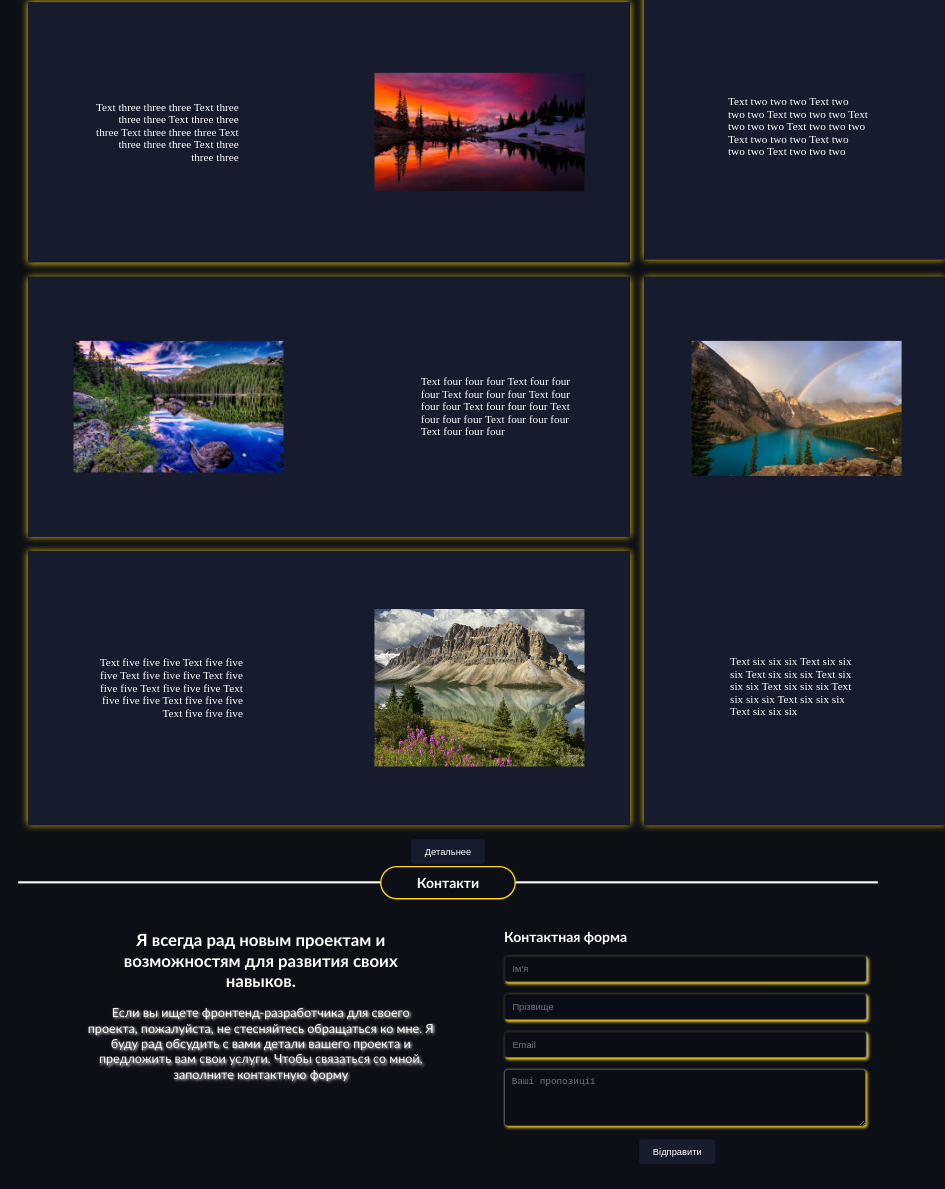
Repository: qtqqrdy13/cv-2
Page: index.html
An editor plug-in stored every save of this project. The page is shown before and after the next save, followed by the edit.
The browser window is 1280 px wide. The page is 1350 px wide, so the pictures cover 1350 px, including what lies to the right of the window. The pictures show the part of the page from y = 3370 to 5210 px (the page is 5068 px tall before and 5210 px after), at 70% of full size.

Above is the page before, as saved 2023-10-12 16:20:35.

### index.html
<!DOCTYPE html>
<html lang="en">

<head>
    <link rel="stylesheet" href="main.css">
    <meta charset="UTF-8">
    <meta name="viewport" content="width=device-width, initial-scale=1.0">
    <title>Батуров Олексій</title>
</head>

<body>
    <!--Navigation-->
    <header>
        <div class="logo">
            <img src="../cv 2/image/media/logo.png" alt="logo">
        </div>
        <nav>
            <ul>
                <li><a href="">Головна</a></li>
                <li><a href="#about">Про мене</a></li>
                <li><a href="#skills">Мої скіли</a></li>
                <li><a href="#portfolio">Портфоліо</a></li>
                <li><a href="">Контакти</a></li>
            </ul>
        </nav>
    </header>
    <!--Navigation-->

    <!--Two images-->
    <div class="container-top">
        <div class="img-container">
            <img class="img-1" src="../cv 2/image/code.gif" alt="">
            <img class="img-2" src="../cv 2/image/photo_2023-09-09_18-51-06.jpg" alt="">
        </div>
        <!--Two images-->

        <!--About Oleksiy-->
        <div class="container-text">
            <div id="about"></div>
            <div class="text-block">
                <h1>Олексій Батуров</h1>
            </div>
        </div>
    </div>
    <div class="description">
        <p>Я професіонал, чия пристрасть до веб-розробки
            помітна в кожному рядку коду, який я створюю.
            За час моєї практики я набув глибоких знань у
            різних галузях веб-технологій, включаючи HTML,
            CSS, JavaScript, а також популярні фреймворки
            та бібліотеки. Мої навички дозволяють мені
            створювати унікальні та сучасні веб-сайти,
            які поєднують у собі функціональність, стиль
            та оптимальну продуктивність. </p>
    </div>
    <!--About Oleksiy-->

    <!--Edge-->
    <div id="about_us">
        <div class="announcement">
            <h2 class="title">
                Скіли
            </h2>
        </div>
    </div>
    <!--Edge-->

    <!--Skills-->
    <div id="skills"></div>
    <div class="container">
        <div class="row">
            <div class="block">
                <h2>Скіли Дизайнера</h2>
                <div class="content">
                    <ul>
                        <li>Figma</li>
                        <li>Photoshop</li>
                        <li>Illustrator</li>
                        <li>Scratch</li>
                        <li>AdobeXD</li>
                        <li>Corel Draw</li>
                    </ul>
                </div>
            </div>
            <div class="block">
                <h2>Скіли Front-End розробника</h2>
                <div class="content">
                    <ul>
                        <li>HTML</li>
                        <li>CSS</li>
                        <li>JavaScript</li>
                        <li>ReactJS</li>
                        <li>ReactNative</li>
                        <li>AngularJS</li>
                        <li>NodeJS</li>
                        <li>VueJS</li>
                        <li>JQuerry</li>
                        <li>TypeScript</li>
                        <li>PHPMyAdmin</li>
                    </ul>
                </div>
            </div>
            <div class="block">
                <h2>Володіння CMS - платформами</h2>
                <div class="content">
                    <ul>
                        <li>WordPress</li>
                        <li>OpenCard</li>
                        <li>Joomla</li>
                        <li>Drupal</li>
                        <li>TYPEO3</li>
                    </ul>
                </div>
            </div>
        </div>
    </div>
    <!--Skills-->

    <!--Edge-->
    <div id="about_us">
        <div class="announcement">
            <h2 class="title">
                Портфоліо
            </h2>
        </div>
    </div>
    <!--Edge-->

    <!--Portfolio-->
    <div class="angry-grid">
        <div id="portfolio"></div>
        <div id="item-0">
            <img src="../cv 2/image/media/1.jpg" alt="Image 0" />
            <p>Text one one one Text one one one Text one one one Text one one one
                Text one one one Text one one one Text one one one Text one one one
            </p>
        </div>
        <div id="item-1">
            <img src="../cv 2/image/media/2.jpg" alt="Image 1" />
            <p>Text two two two Text two two two Text two two two Text two two two
                Text two two two Text two two two Text two two two Text two two two
            </p>
        </div>
        <div id="item-2">
            <div class="content-container">
                <p>Text three three three Text three three three Text three three three
                    Text three three three Text three three three Text three three three
                </p>
                <img src="../cv 2/image/media/3.jpg" alt="Image 2" />
            </div>
        </div>
        <div id="item-3">
            <img src="../cv 2/image/media/4.jpg" alt="Image 3" />
            <p>Text four four four Text four four four Text four four four Text four four four
                Text four four four Text four four four Text four four four Text four four four
            </p>
        </div>
        <div id="item-4">
            <div class="content-container">
                <p>Text five five five Text five five five Text five five five Text five five five
                    Text five five five Text five five five Text five five five Text five five five
                </p>
                <img src="../cv 2/image/media/5.jpg" alt="Image 4" />
            </div>
        </div>
        <div id="item-5">
            <img src="../cv 2/image/media/6.jpg" alt="Image 5" />
            <p>Text six six six Text six six six Text six six six Text six six six
                Text six six six Text six six six Text six six six Text six six six
            </p>
        </div>
    </div>

    <div class="detail-button">
        <button>Детальнее</button>
    </div>
    <!--Portfolio-->
    <!--Edge-->
    <div id="about_us">
        <div class="announcement">
            <h2 class="title">
                Контакти
            </h2>
        </div>
    </div>
    <!--Edge-->
    </div>
    <div class="container_contact">
        <div class="text">
            <h2>Я всегда рад новым проектам и возможностям для развития своих навыков. </h2>
            <p>Если вы ищете фронтенд-разработчика для своего проекта, пожалуйста, не стесняйтесь обращаться ко мне. Я
                буду рад обсудить с вами детали вашего проекта и предложить вам свои услуги.

                Чтобы связаться со мной, заполните контактную форму</p>
        </div>
        <div class="form">
            <h2>Контактная форма</h2>
            <form method="post">
                <div class="form-group">
                    <input type="text" id="name" name="name" placeholder="Ім'я" required>
                </div>
                <div class="form-group">
                    <input type="text" id="secondname" name="secondname" placeholder="Прізвище" required>
                </div>
                <div class="form-group">
                    <input type="text" id="email" name="email" placeholder="Email">
                </div>
                <div class="form-group">
                    <textarea id="message" name="message" rows="4" placeholder="Ваші пропозиції" required></textarea>
                </div>
                <div class="form-group">
                    <button type="submit">Відправити</button>
                </div>
            </form>
        </div>
    </div>
</body>

</html>

### main.css
body {
    background-color: #0d0f17;
    margin: 0;
    padding: 0;

}

/*Navigation*/
header {
    background-color: #161C2E;
    color: white;
    padding: 10px 0px;
    position: fixed;
    top: 0;
    width: 100%;
    display: flex;
    justify-content: space-between;
    align-items: center;
    z-index: 1000;
}

.logo img {
    height: 50px;
    margin-left: 50px;
}

nav ul {
    list-style: none;
    margin-right: 50px;
}

nav li {
    display: inline;
    margin-right: 50px;
    position: relative; /* Добавляем позицию относительно элементов меню */
}

nav a {
    text-decoration: none;
    color: white;
    font-weight: bold;
    font-size: 18px;
}

nav a:hover {
    color: gold;
    font-size: 18px;
    text-shadow: 0 0 10px gold;
    transform: scale(1.05);
    transition: transform 0.6s ease-in-out;
}

/* Добавляем стили для анимации */
nav li::before {
    content: "";
    position: absolute;
    width: 100%;
    height: 2px;
    background-color: gold;
    bottom: 0;
    left: 0;
    transform: scaleX(0); /* Изначально нулевая ширина */
    transform-origin: right;
    transition: transform 0.3s ease-in-out;
}

nav li::after {
    content: "";
    position: absolute;
    width: 100%;
    height: 2px;
    background-color: gold;
    bottom: 0;
    right: 0;
    transform: scaleX(0); /* Изначально нулевая ширина */
    transform-origin: left;
    transition: transform 0.3s ease-in-out;
}

nav li:hover::before,
nav li:hover::after {
    transform: scaleX(1); /* Увеличиваем ширину до 100% */
}


/*Two images*/
.container-top {
    display: flex;
    flex-direction: column;
    align-items: center;
    width: 100%;
    overflow: visible;
    position: relative;
}

.img-container {
    width: 100%;
    max-width: 100vw;
    position: relative;
    overflow: visible;
    order: 1;
}

.img-1 {
    width: 100%;
    height: 500px;
    position: relative;
}
.img-1:hover{
    animation: slideUp 2s ease-in-out infinite alternate;
}

.img-2 {
    width: 400px;
    height: 400px;
    max-width: 100%;
    position: absolute;
    top: calc(60% + 10%);
    left: 50%;
    transform: translateX(-50%);
    z-index: 2;
    border-radius: 50%;
    transition: transform 0.5s ease;
}

.img-2:hover {
    transform: translateX(-50%) rotate(360deg);
    animation: spin 2s linear infinite;
}

@keyframes spin {
    0% { transform: translateX(-50%) rotate(0deg); }
    100% { transform: translateX(-50%) rotate(360deg); }
}

@keyframes slideUp {
    0% {
        transform: translateY(0);
    }

    100% {
        transform: translateY(-20px);
    }
}

@media screen and(max-width: 768px) {
    .container {
        padding: 2px;
    }

    .img-1,
    .img-2 {
        height: auto;
    }
}

/*About Oleksiy*/
.container-text {
    display: flex;
    flex-direction: column;
    align-items: center;
    justify-content: center;
    height: 100vh;
    order: 2;
}

.text-block {
    width: 530px;
    height: 214px;
    font-size: 60px;
    text-align: center;
    color: white;
    animation: fadeIn 2s ease-in-out;
    margin: 0 auto;
}

.description {
    width: 700px;
    height: 256px;
    text-align: center;
    color: white;
    animation: slideIn 2s ease-in-out;
    margin: 0 auto;
    margin-bottom: 10%;
}

@keyframes fadeIn {
    0% {
        opacity: 0;
    }

    100% {
        opacity: 1;
    }
}

@keyframes slideIn {
    0% {
        transform: translateY(-20px);
        opacity: 0;
    }

    100% {
        transform: translateY(0);
        opacity: 1;
    }
}

/* Адаптация для мелких скринов */
@media (max-width: 600px) {
    .text-block {
        font-size: 36px;
    }

    .description {
        font-size: 18px;
    }
}

/* Адаптация для планшей */
@media (min-width: 601px) and (max-width: 1024px) {
    .text-block {
        font-size: 48px;
    }

    .description {
        font-size: 24px;
    }
}

@media (min-width: 1025px) {
    .text-block {
        font-size: 72px;
    }

    .description {
        font-size: 30px;
    }
}

/*Edge*/
.announcement {
    height: 3px;
    background-color: white;
    display: flex;
    justify-content: center;
    align-items: center;
    margin: 2% 2%;
}

.title {
    animation-name: fade-in;
    animation-duration: 0.3s;
    text-align: center;
    text-decoration: none;
    color: white;
    border: 2px solid gold;
    background-color: #0d0f17;
    border-radius: 30px;
    padding: 10px 50px;
}

.title:hover {

    color: gold;
    font-size: 26px;
    box-shadow: 0 0 6px gold;
}

@keyframes fade-in {
    from {
        opacity: 0;
    }

    to {
        opacity: 1;
    }
}

/*Skills*/
.container {
    display: flex;
    flex-direction: column;
    align-items: center;
}

.row {
    display: flex;
    flex-wrap: wrap;
    justify-content: space-between;
}

.block {
    border: 2px solid gold;
    margin: 10px;
    padding: 20px;
    animation: fade-in 1s ease-in-out;
    width: calc(50% - 20px);
    height: 400px;
    box-shadow: 1px 1px 6px gold;
    text-align: center;
    box-sizing: border-box;
    display: flex;
    flex-direction: column;
    justify-content: flex-start;
    align-items: center;
}

.block:hover {
    box-shadow: 2px 2px 12px gold;
}

h2 {
    font-size: 20px;
    font-family: 'Trebuchet MS', 'Lucida Sans Unicode', 'Lucida Grande', 'Lucida Sans', Arial, sans-serif;
    margin-top: 10px 0 0 0;
    color: white;
}

.content {
    display: flex;
    flex-direction: column;
    align-items: center;
    justify-content: center;
    height: 100%;
}

.content ul {
    list-style-type: square;
    padding-left: 20px;
    margin: 0;
}

h2:hover {
    font-size: 21px;
    text-shadow: 0px 0px 12px white;
}

.content li {
    font-size: 18px;
    color: white;
}

.content li:hover {
    font-size: 19px;
    text-shadow: 0px 0px 12px white;
}

@keyframes fade-in {
    0% {
        opacity: 0;
    }

    100% {
        opacity: 1;
    }
}

@media screen and (max-width: 1024px) {
    .block {
        padding: 10px;
        width: calc(50% - 20px);
        height: 250px;
    }

    .block h2 {
        font-size: 18px;
    }

    .content li {
        font-size: 16px;
    }
}

@media screen and (max-width: 750px) {
    .block {
        padding: 10px;
        width: calc(50% - 20px);
        height: 200px;
    }

    .block h2 {
        font-size: 16px;
    }

    .content li {
        font-size: 14px;
    }
}


@media screen and (min-width: 1200px) {
    .block {
        width: 400px;
        height: 400px;
    }

    .row {
        justify-content: center;
        width: calc(65% - 10px)
    }
}

/*Portfolio*/
.angry-grid {
    display: grid;
    grid-template-rows: 1fr 1fr 1fr 1fr;
    grid-template-columns: 1fr 1fr 1fr 1fr 1fr;
    margin: 0 auto;
    max-width: 1200px;
    padding: 0 15px;
}

#item-0 {
    background-color: #161C2E;
    grid-row-start: 1;
    grid-column-start: 1;
    grid-row-end: 2;
    grid-column-end: 3;
    margin-bottom: 20px;
    width: 860px;
    height: 370px;
    box-shadow: 0 0 10px gold;
    display: grid;
    grid-template-columns: 3fr 1fr;
    align-items: center;
    transition: transform 0.6s ease-in-out;
}

#item-0:hover {
    box-shadow: 0 0 18px gold;
    border-radius: 10px;
    transform: scale(1.05);
}

#item-0 img {
    max-width: 300px;
    max-height: 300px;
    margin-left: 65px;
}

#item-0 p {
    margin-right: 90px;
    margin-left: -90px;
    color: white;
}

#item-1 {
    background-color: #161C2E;
    grid-row-start: 1;
    grid-column-start: 3;
    grid-row-end: 3;
    grid-column-end: 4;
    margin-left: 20px;
    width: 430px;
    height: 760px;
    box-shadow: 0 0 10px gold;
    display: grid;
    grid-template-columns: 1fr;
    grid-template-rows: 1fr auto;
    align-items: center;
    justify-items: center;
    transition: transform 0.6s ease-in-out;
}

#item-1:hover {
    box-shadow: 0 0 18px gold;
    border-radius: 10px;
    transform: scale(1.05);
}

#item-1 img {
    max-width: 300px;
    max-height: 300px;
    margin-top: -100px;

}

#item-1 p {
    margin-right: 90px;
    margin-bottom: 125px;
    margin-left: 100px;
    color: white;
    padding: 20px;
}

#item-2 {
    background-color: #161C2E;
    grid-row-start: 2;
    grid-column-start: 1;
    grid-row-end: 3;
    grid-column-end: 3;
    margin-bottom: 20px;
    box-shadow: 0 0 10px gold;
    display: grid;
    grid-template-columns: 1fr;
    align-items: center;
    transition: transform 0.6s ease-in-out;
}

#item-2 .content-container {
    display: flex;
    flex-direction: row;
    align-items: center;
    justify-content: space-between;
}

#item-2 img {
    max-width: 300px;
    max-height: 300px;
    margin-right: 65px;
}

#item-2 p {
    flex: 1;
    margin-right: 20px;
    color: white;
    text-align: right;
    margin-right: 100px;
    padding: 94px;
}

#item-2:hover {
    box-shadow: 0 0 18px gold;
    border-radius: 10px;
    transform: scale(1.05);
}

#item-3 {
    background-color: #161C2E;
    grid-row-start: 3;
    grid-column-start: 1;
    grid-row-end: 4;
    grid-column-end: 3;
    margin-bottom: 20px;
    box-shadow: 0 0 10px gold;
    display: flex;
    align-items: center;
    justify-content: center;
    transition: transform 0.6s ease-in-out;
}

#item-3:hover {
    box-shadow: 0 0 18px gold;
    border-radius: 10px;
    transform: scale(1.05);
}

#item-3 img {
    max-width: 300px;
    max-height: 300px;
    margin-left: 65px;
}

#item-3 p {
    margin-right: -50px;
    margin-left: 71px;
    color: white;
    padding: 125px;
}

#item-4 {
    background-color: #161C2E;
    grid-row-start: 4;
    grid-column-start: 1;
    grid-row-end: 5;
    grid-column-end: 3;
    box-shadow: 0 0 10px gold;
    display: grid;
    grid-template-columns: 1fr auto;
    align-items: center;
    transition: transform 0.6s ease-in-out;
}

#item-4 .content-container {
    display: flex;
    flex-direction: row;
    align-items: center;
    justify-content: space-between;
    flex-wrap: nowrap;
}

#item-4 img {
    max-width: 300px;
    max-height: 300px;
    margin-right: 65px;
}

#item-4 p {
    color: white;
    text-align: right;
    margin-right: 129px;
    margin-left: 43px;
    padding: 59px;
}

#item-4:hover {
    box-shadow: 0 0 18px gold;
    border-radius: 10px;
    transform: scale(1.05);
}

#item-5 {
    background-color: #161C2E;
    grid-row-start: 3;
    grid-column-start: 3;
    grid-row-end: 5;
    grid-column-end: 4;
    margin-left: 20px;
    box-shadow: 0 0 10px gold;
    display: grid;
    grid-template-rows: 1fr auto;
    justify-content: center;
    align-items: center;
    align-content: space-between;
    transition: transform 0.6s ease-in-out;
}

#item-5 img {
    max-width: 300px;
    max-height: 300px;
    margin-top: -124px;
    margin-left: 68px;
}

#item-5 p {
    margin-right: 90px;
    margin-bottom: 130px;
    margin-left: 100px;
    color: white;
    padding: 23px;
}

#item-5:hover {
    box-shadow: 0 0 18px gold;
    border-radius: 10px;
    transform: scale(1.05);
}

@media (max-width: 768px) {
    .angry-grid {
        grid-template-columns: 1fr 1fr;
        max-width: 768px;
        margin-left: 0;
    }
}

@media (min-width: 1313px) {
    .angry-grid {
        max-width: 1313px;
        padding: 45px 20px;
    }
}

/* Стили для .detail-button */
.detail-button {
    text-align: center;
    margin-top: 20px;
}

.detail-button button {
    padding: 10px 20px;
    background-color: #161C2E;
    color: white;
    border: none;
    border-radius: 5px;
    cursor: pointer;
}

.detail-button button:hover {
    background-color: #161C2E;
    box-shadow: 0 0 12px white;
}
.container_contact {
    display: flex;
    justify-content: space-between;
    border-radius:15px;
    padding:0 45px;

}
.text h2{
    color:white;
    font-size:24px;

}
.text p{
    color:white;
    font-size:18px;
    font-family:'Trebuchet MS', 'Lucida Sans Unicode', 'Lucida Grande', 'Lucida Sans', Arial, sans-serif;
    text-shadow:2px 2px 4px white;
}
.text {
    flex: 1;
    padding:20px 80px;
    text-align: center;

}

.form {
    flex: 1;
    padding: 20px;
    border-radius: 5px;
    border:none;
}

.form-group {
    margin-bottom: 15px;
}

.form-group label {
    display: block;
    margin-bottom: 5px;
    font-weight: bold;

}

.form-group input[type="text"],
.form-group textarea {
    width: 100%;
    padding: 10px;
    border-radius: 5px;
    background-color:#0a0d15;
    box-shadow:2px 2px 4px gold;
}

.form-group button {
    background-color: #171d2f;
    display:flex;
    align-items: center;
    justify-content: center;
    color: #fff;
    border: none;
    padding: 10px 20px;
    border-radius: 5px;
    cursor: pointer;

    margin: 0 auto;
}

.form-group button:hover {
    box-shadow: 2px 2px 4px gold;


}

After the next save:
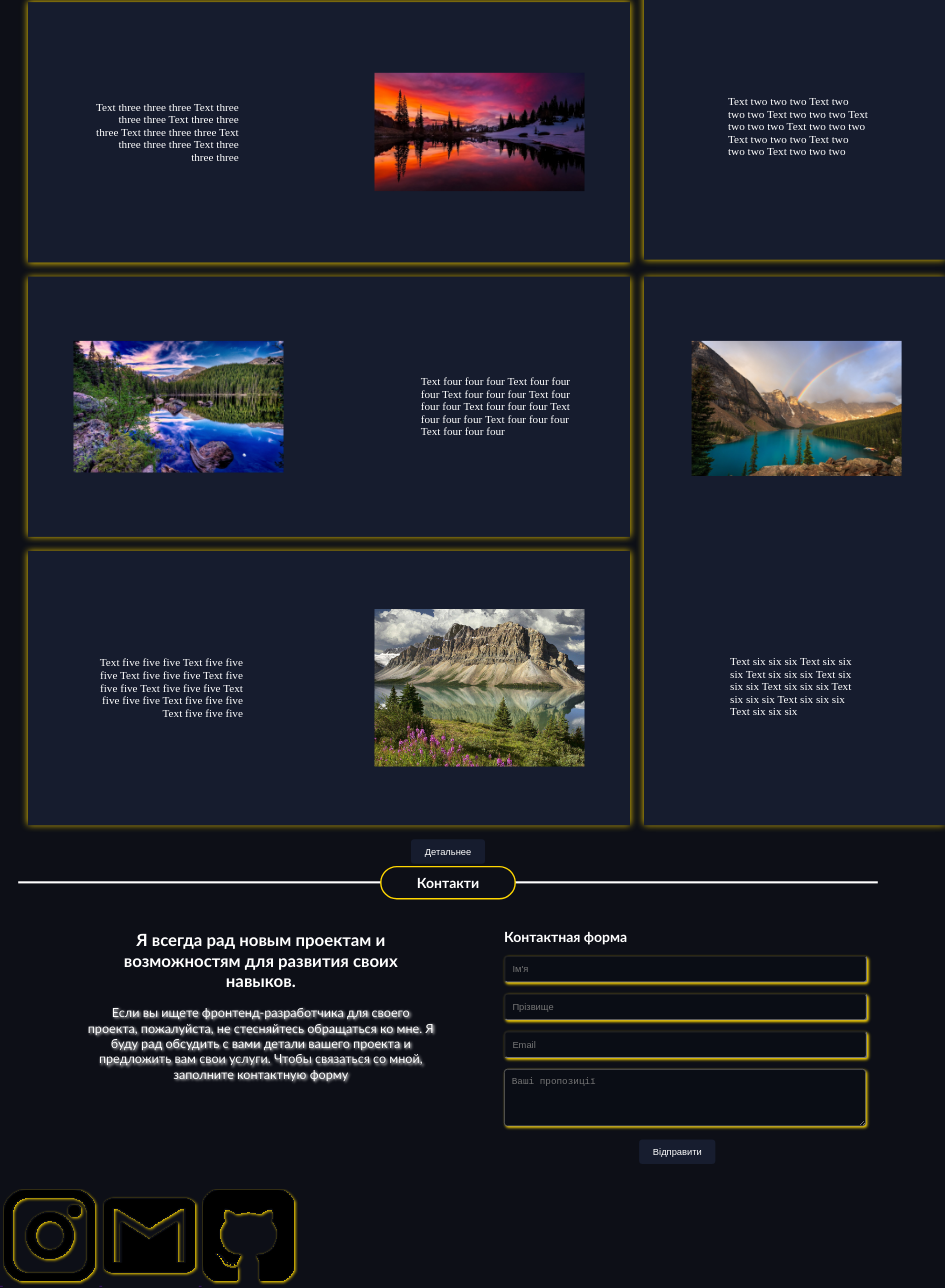
Saved 6 min 44 s later.
--- a/index.html
+++ b/index.html
@@ -214,6 +214,22 @@
             </form>
         </div>
     </div>
+    <footer>
+        <div class="social_icons">
+            <a href="" class="icon">
+                <img src="/image/icons/linkedin 1.svg" alt="">
+            </a>
+            <a href="" class="icon">
+                <img src="/image/icons/instagram 1.svg" alt="">
+            </a>
+            <a href="" class="icon">
+                <img src="/image/icons/gmail-logo 1.svg" alt="">
+            </a>
+            <a href="" class="icon">
+                <img src="/image/icons/github-sign 1.svg" alt="">
+            </a>
+        </div>
+    </footer>
 </body>
 
 </html>
